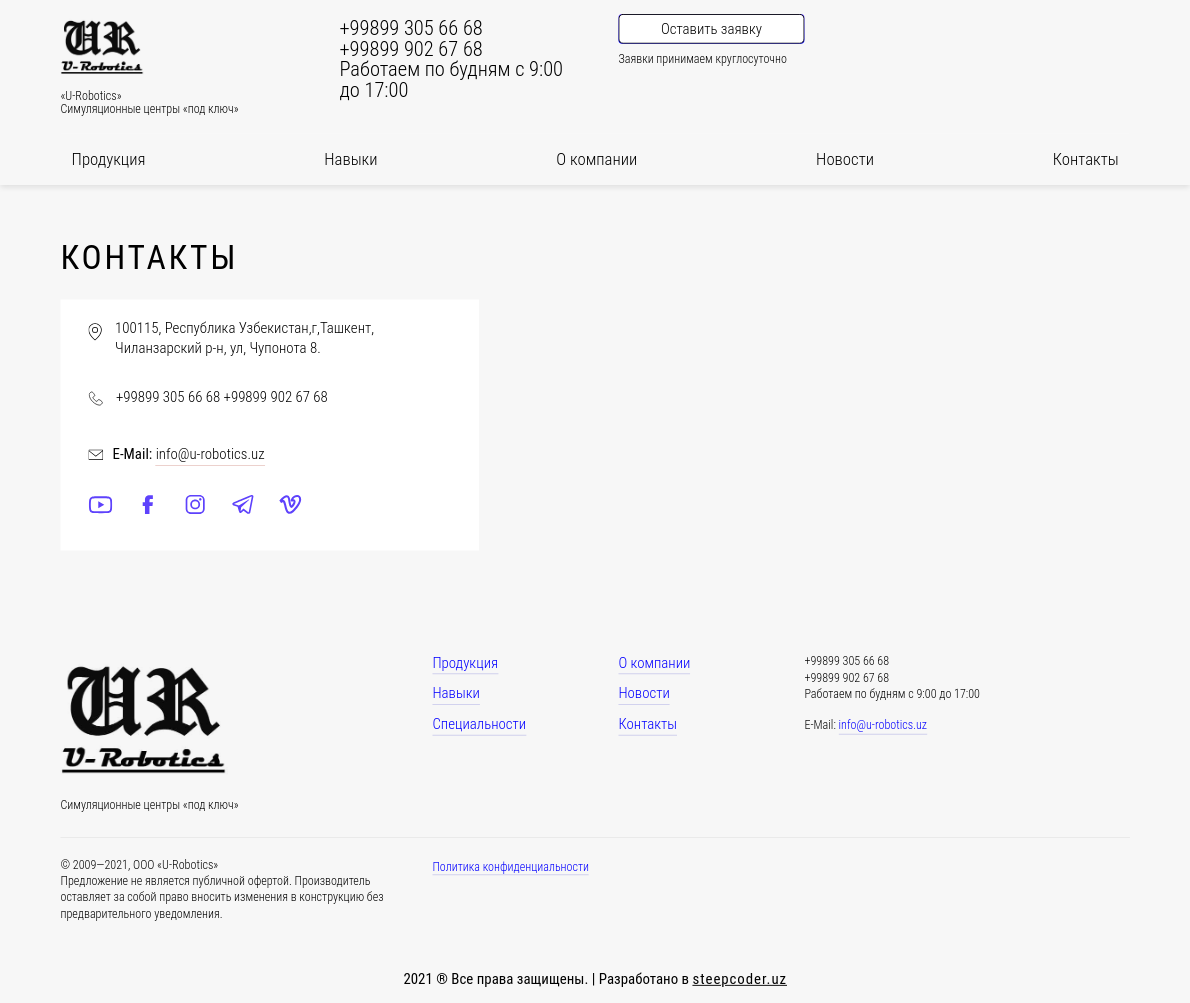
Repository: remrtehno/hotel
Page: http://localhost/contact
An editor plug-in stored every save of this project. The page is shown before and after the next save, followed by the edit.
The browser window is 1280 px wide. The pictures show the whole page, at 93% of full size.
Some web fonts or font styles are not loaded; a fallback is used. The page is served by the project's Laravel application, run on PHP 8.4 with Laravel 8. The database holds what the project's SQL file puts in it.

Above is the page before, as saved 2021-04-25 17:51:33.

After the next save:
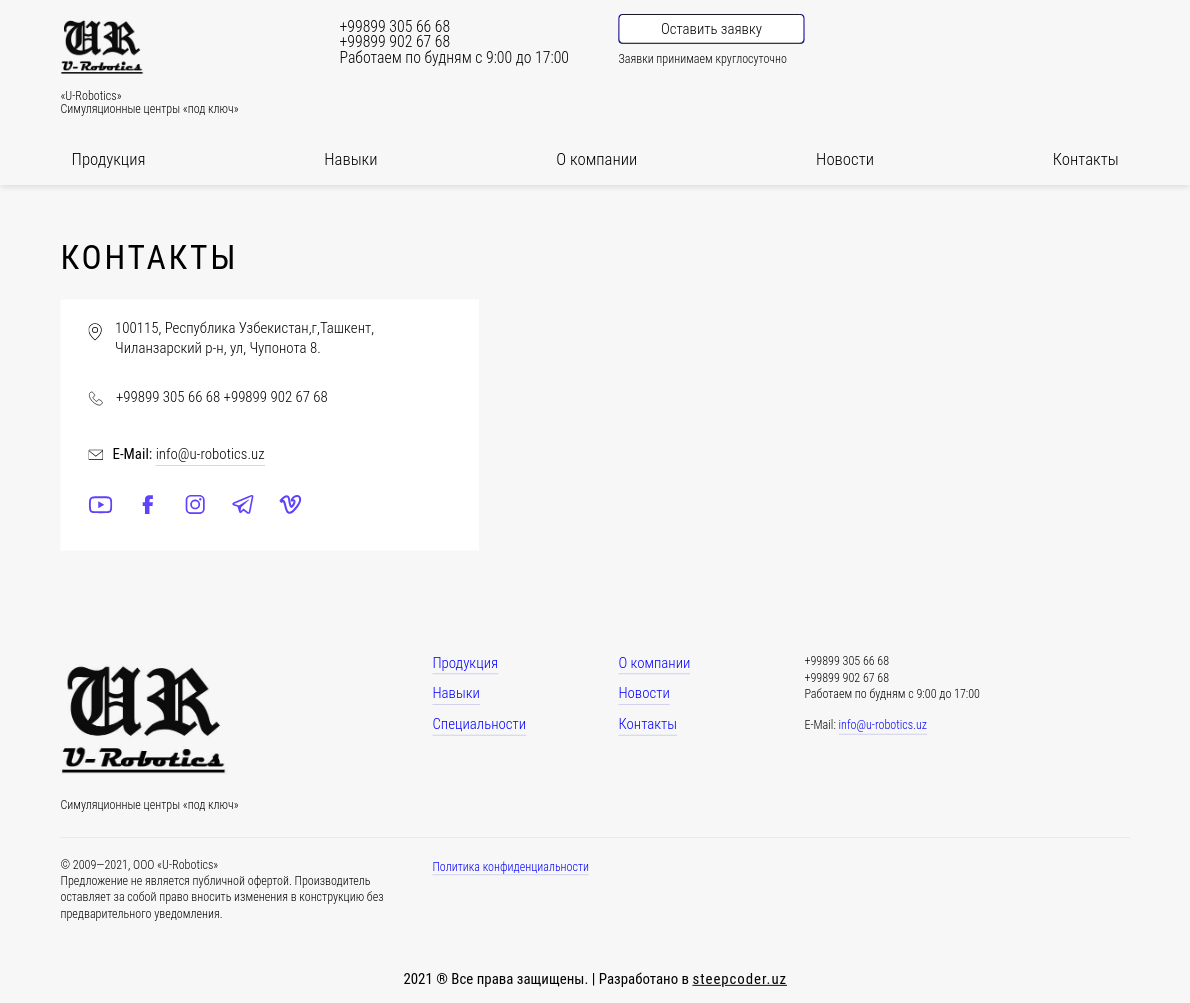
Saved 14 s later.
--- a/resources/views/lib/header.blade.php
+++ b/resources/views/lib/header.blade.php
@@ -1,50 +1,54 @@
 <header>
-  <div class="container">
-      <!-- BEGIN HEADERBAR-->
-      <div class="headerbar">
-          <div class="headerbar__row">
-              <div class="headerbar__logo">
-                  <a href="">
-                      <img src="/uploads/logo/logo.png" alt="">
-                      <p>«U-Robotics» <br> Симуляционные центры «под ключ»</p>
-                  </a>
-              </div>
-              <div class="headerbar__info">
-                  <style>
-                      .headerbar__info p {
-                          font-size: 22px;
-                      }
-                  </style>
-                {!! $contact_info['phone'] !!}
-                  <p>Работаем по будням с 9:00 до 17:00</p>
-              </div>
-              <div class="headerbar__request">
-                  <a class="js-modal-show" data-target="js-request"><span>Оставить заявку</span></a>
+    <div class="container">
+        <!-- BEGIN HEADERBAR-->
+        <div class="headerbar">
+            <div class="headerbar__row">
+                <div class="headerbar__logo">
+                    <a href="">
+                        <img src="/uploads/logo/logo.png" alt="">
+                        <p>«U-Robotics» <br> Симуляционные центры «под ключ»</p>
+                    </a>
+                </div>
+                <div class="headerbar__info">
+                    <style>
+                        .headerbar__info p {
+                            font-size: 17px;
+                        }
 
-                  <p>Заявки принимаем круглосуточно</p>
-              </div>
-          </div>
-      </div>
-      <!-- END HEADERBAR -->
-      <!-- BEGIN NAVBAR -->
-      <nav class="navbar wr">
-          <div class="slicknav_menu"><a href="#" aria-haspopup="true" role="button" tabindex="0" class="slicknav_btn slicknav_collapsed"><span class="slicknav_menutxt"></span><span class="slicknav_icon slicknav_no-text"><span class="slicknav_icon-bar"></span><span class="slicknav_icon-bar"></span><span class="slicknav_icon-bar"></span></span></a>
-              <ul class="slicknav_nav slicknav_hidden" aria-hidden="true" role="menu" style="display: none;">
-                  <li><a href="{{ route('products') }}" role="menuitem" tabindex="-1">Продукция</a></li>
-                  <li><a href="#skill" class="js-anchor" >Навыки</a></li>
-                  <li><a href="{{ route('about') }}">О компании</a></li>
-                  <li><a href="{{ route('news') }}">Новости</a></li>
-                  <li><a href="{{ route('contact') }}">Контакты</a></li>
-              </ul>
-          </div>
-          <ul class="navbar__menu">
-              <li><a href="{{ route('products') }}">Продукция</a></li>
-              <li><a href="#skill" class="js-anchor">Навыки</a></li>
-              <li><a href="{{ route('about') }}">О компании</a></li>
-              <li><a href="{{ route('news') }}">Новости</a></li>
-              <li><a href="{{ route('contact') }}">Контакты</a></li>
-          </ul>
-      </nav>
-      <!-- END NAVBAR  -->
-  </div>
+                    </style>
+                    {!! $contact_info['phone'] !!}
+                    <p>Работаем по будням с 9:00 до 17:00</p>
+                </div>
+                <div class="headerbar__request">
+                    <a class="js-modal-show" data-target="js-request"><span>Оставить заявку</span></a>
+
+                    <p>Заявки принимаем круглосуточно</p>
+                </div>
+            </div>
+        </div>
+        <!-- END HEADERBAR -->
+        <!-- BEGIN NAVBAR -->
+        <nav class="navbar wr">
+            <div class="slicknav_menu"><a href="#" aria-haspopup="true" role="button" tabindex="0"
+                    class="slicknav_btn slicknav_collapsed"><span class="slicknav_menutxt"></span><span
+                        class="slicknav_icon slicknav_no-text"><span class="slicknav_icon-bar"></span><span
+                            class="slicknav_icon-bar"></span><span class="slicknav_icon-bar"></span></span></a>
+                <ul class="slicknav_nav slicknav_hidden" aria-hidden="true" role="menu" style="display: none;">
+                    <li><a href="{{ route('products') }}" role="menuitem" tabindex="-1">Продукция</a></li>
+                    <li><a href="#skill" class="js-anchor">Навыки</a></li>
+                    <li><a href="{{ route('about') }}">О компании</a></li>
+                    <li><a href="{{ route('news') }}">Новости</a></li>
+                    <li><a href="{{ route('contact') }}">Контакты</a></li>
+                </ul>
+            </div>
+            <ul class="navbar__menu">
+                <li><a href="{{ route('products') }}">Продукция</a></li>
+                <li><a href="#skill" class="js-anchor">Навыки</a></li>
+                <li><a href="{{ route('about') }}">О компании</a></li>
+                <li><a href="{{ route('news') }}">Новости</a></li>
+                <li><a href="{{ route('contact') }}">Контакты</a></li>
+            </ul>
+        </nav>
+        <!-- END NAVBAR  -->
+    </div>
 </header>
